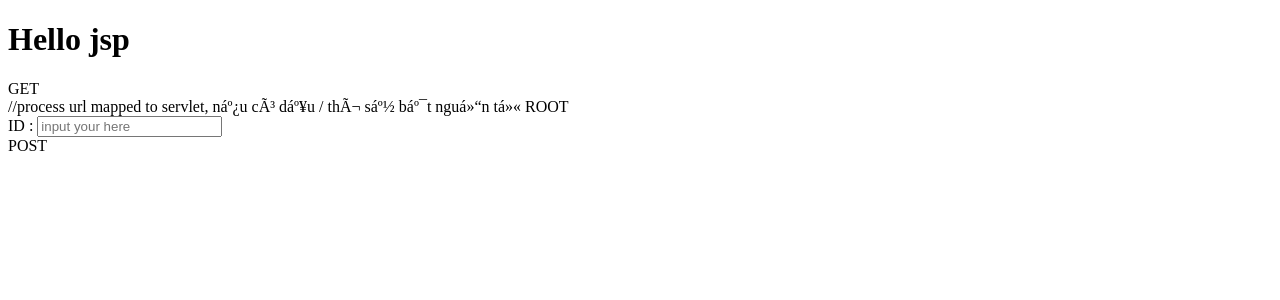
Repository: Vipper105/Restaurant_project
Page: webShop/WebContent/index.html
These files come from the project's save history. The page is drawn as it stood at one moment and after the next save; the edit follows.
The browser window is 1280 px wide. The pictures show the whole page.

Above is the page before, as saved 2020-08-10 09:18:22.

After the next save:
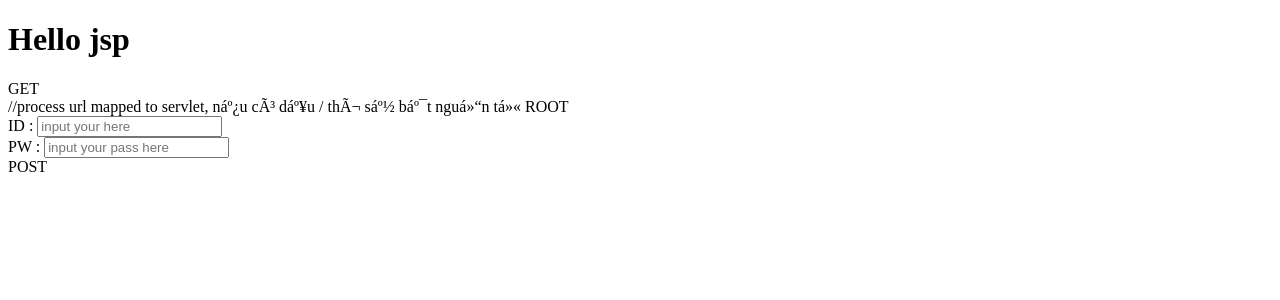
Saved 41 s later.
--- a/webShop/WebContent/index.html
+++ b/webShop/WebContent/index.html
@@ -14,6 +14,7 @@
 	<form method="get" action="/login">
 		ID : <input type="text" name="uname" placeholder="input your here">
 		<br/>
+		PW : <input type="password" name="upass" placeholder="input your pass here";
 	</form>
 </div>
 	POST<br/>
